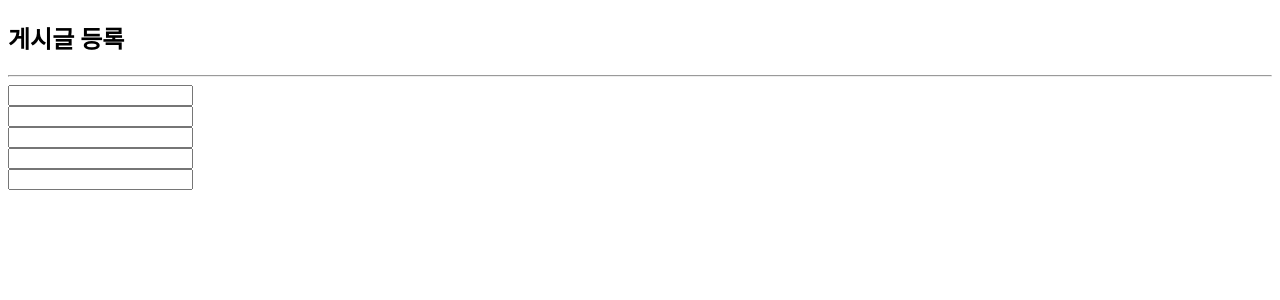
Repository: sagek23/Java-Training
Page: http://localhost/bbs/insertBbs.jsp
An editor plug-in stored every save of this project. The page is shown before and after the next save, followed by the edit.
The browser window is 1280 px wide. The pictures show the whole page.
The page is served by Tomcat 9.

Above is the page before, as saved 2019-08-01 08:50:04.

After the next save:
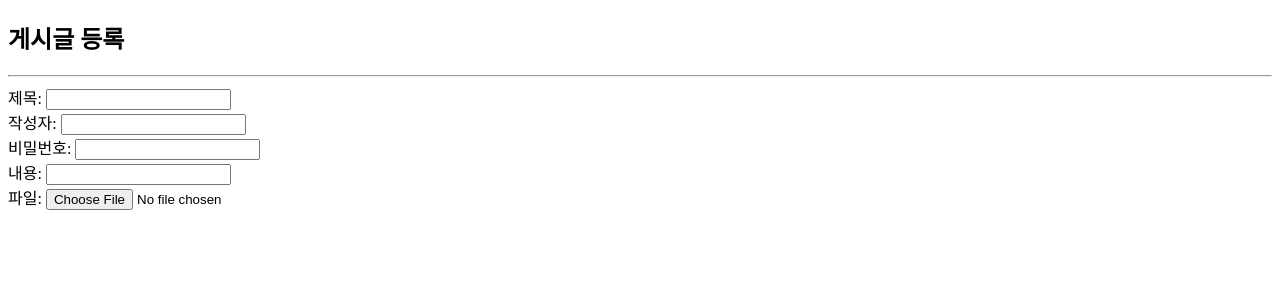
Saved 38 s later.
--- a/0801/bbs/WebContent/insertBbs.jsp
+++ b/0801/bbs/WebContent/insertBbs.jsp
@@ -9,10 +9,10 @@
 <body>
 	<h2>게시글 등록</h2>
 	<hr>
-	<input type="text" name="title"><br>
-	<input type="text" name="writer"><br>
-	<input type="password" name="pwd"><br>
-	<input type="text" name="content"><br>
-	<input type="text"	name="fname"><br>
+	제목: <input type="text" name="title"><br>
+	작성자: <input type="text" name="writer"><br>
+	비밀번호: <input type="password" name="pwd"><br>
+	내용: <input type="text" name="content"><br>
+	파일: <input type="file"	name="fname"><br>
 </body>
 </html>
